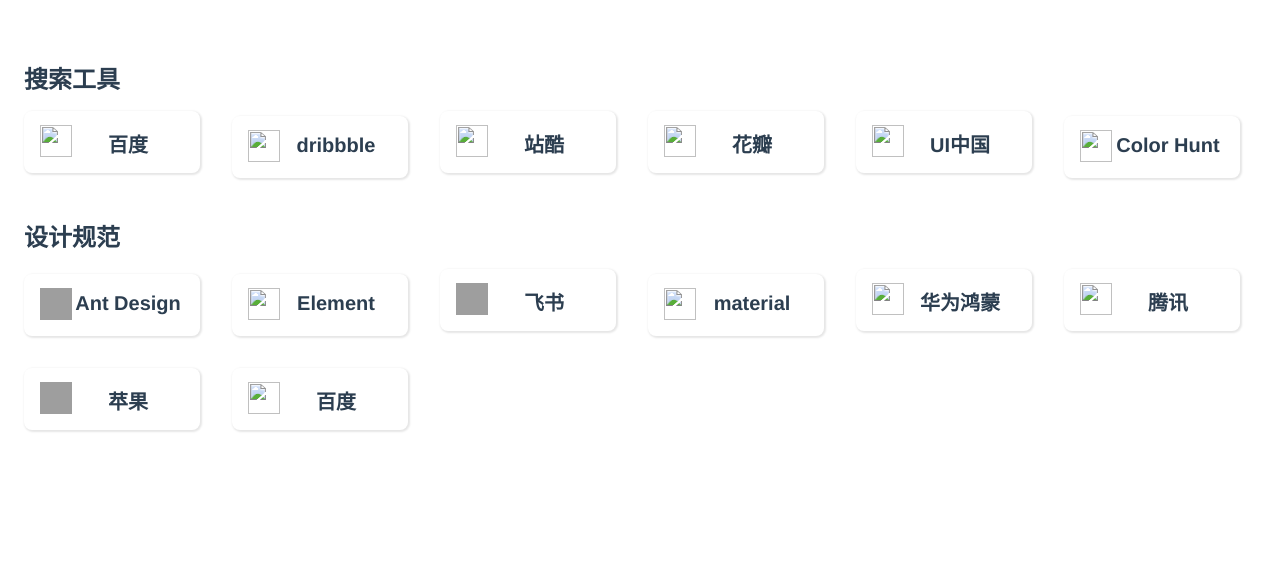
Repository: LiuZixu-aurelio/collection
Page: /
These files come from the project's save history. The page is drawn as it stood at one moment and after the next save; the edit follows.
The browser window is 1280 px wide. The page is 1288 px wide, so the pictures cover 1288 px, including what lies to the right of the window. The pictures show the whole page.
Pictures or frames that could not be fetched are drawn as grey boxes. The project was rebuilt for these pictures with package versions that can differ from the ones it lists, and the page was loaded fresh each time.

Above is the page before, as saved 2022-06-22 15:44:22.

### src/App.vue
<template>

  <HelloWorld />
</template>

<script>
import HelloWorld from './components/HelloWorld.vue'

export default {
  name: 'App',
  components: {
    HelloWorld
  }
}
</script>

<style>
#app {
  font-family: Avenir, Helvetica, Arial, sans-serif;
  -webkit-font-smoothing: antialiased;
  -moz-osx-font-smoothing: grayscale;
  color: #2c3e50;
  margin-top: 60px;
}
</style>

### src/components/HelloWorld.vue
<template>
  <div>
    <div>
      <h2>搜索工具</h2>
      <Card class='card' msg="百度" web="https://www.baidu.com" logo="https://www.baidu.com/favicon.ico"/>
      <Card class='card' msg="dribbble" web="https://dribbble.com/" logo="https://cdn.dribbble.com/assets/favicon-b38525134603b9513174ec887944bde1a869eb6cd414f4d640ee48ab2a15a26b.ico"/>
      <Card class='card' msg="站酷" web="https://www.zcool.com.cn/" logo="https://static.zcool.cn/git_z/z/site/favicon.ico?version=1618914637608"/>
      <Card class='card' msg="花瓣" web="https://huaban.com/" logo="https://huaban.com/favicon.ico"/>
      <Card class='card' msg="UI中国" web="https://www.ui.cn/" logo="https://www.ui.cn/favicon.ico"/>
      <Card class='card' msg="Color Hunt" web="https://colorhunt.co/" logo="https://colorhunt.co/img/colorhunt-favicon.svg?2"/>

      <h2>设计规范</h2>
      <Card class='card' msg="Ant Design" web="https://ant.design/" logo="https://gw.alipayobjects.com/zos/rmsportal/rlpTLlbMzTNYuZGGCVYM.png"/>
      <Card class='card' msg="Element" web="https://element-plus.gitee.io/zh-CN/#/zh-CN" logo="https://element-plus.gitee.io/apple-touch-icon.png"/>
      <Card class='card' msg="飞书" web="https://open.feishu.cn/document/uYjL24iN/ukjNzUjL5YzM14SO2MTN" logo="https://s3-imfile.feishucdn.com/static-resource/v1/1941d42c-fccc-44bb-bfcc-854d71b7ed3g"/>
      <Card class='card' msg="material" web="https://www.material.io/" logo="https://www.material.io/favicon.ico"/>
      <Card class='card' msg="华为鸿蒙" web="https://developer.harmonyos.com/cn/design" logo="https://developer.harmonyos.com/assets/image/favicon.ico?v=202206062122"/>
      <Card class='card' msg="腾讯" web="https://tdesign.tencent.com/" logo="https://static.tdesign.tencent.com/favicon.ico"/>
      <Card class='card' msg="苹果" web="https://developer.apple.com/cn/design/" logo="https://developer.apple.com/apple-logo.svg"/>
      <Card class='card' msg="百度" web="https://www.baidu.com" logo="https://www.baidu.com/favicon.ico"/>
    </div>
  </div>
</template>

<script>

import Card from './Card.vue'
export default {
  components: { Card },
  name: 'HelloWorld',
  props: {
    msg: String
  }
}
</script>

<!-- Add "scoped" attribute to limit CSS to this component only -->
<style scoped>
.card {
  display:inline-block;
  margin: 16px;
}
h2 {
  left: 16px;
  position: relative;
  margin: 24px 0px 0px 0px;
}

</style>

### src/components/Card.vue
<template>
  <div @click="openweb" class="cardin">
    <img :src="logo" alt="">
    <div class="text1"><span>{{msg}}</span></div>
  </div>
</template>

<script>

export default {
  name: 'Card',
  data: function(){
    return {

      }
  },
  props: {
    msg: String,
    web: String,
    logo: String
  },
  methods:{
    openweb:function(){
      window.open(this.web)
    }
  }
}
</script>

<!-- Add "scoped" attribute to limit CSS to this component only -->
<style scoped>
.cardin {
  width: 160px;
  height: 46px;
  padding: 8px;
  border-radius: 8px;
  box-shadow: 1px 1px 2px 1px rgba(0, 0, 0, .1)
}
img {
  width: 32px;
  height: 32px;
  position: relative;
  top: 6px;
  margin-left: 8px;
}
span {
  position: relative;
  top: -26px;
  margin-left: 16px;
  font-size: 20px;
  font-weight: 800;
}
.text1 {
  justify-content: center;
  display:flex;
  position: relative;
  right: -8px;
}
</style>

Loaded but not shown: public/index.html (common file); src/main.js (common file)

After the next save:
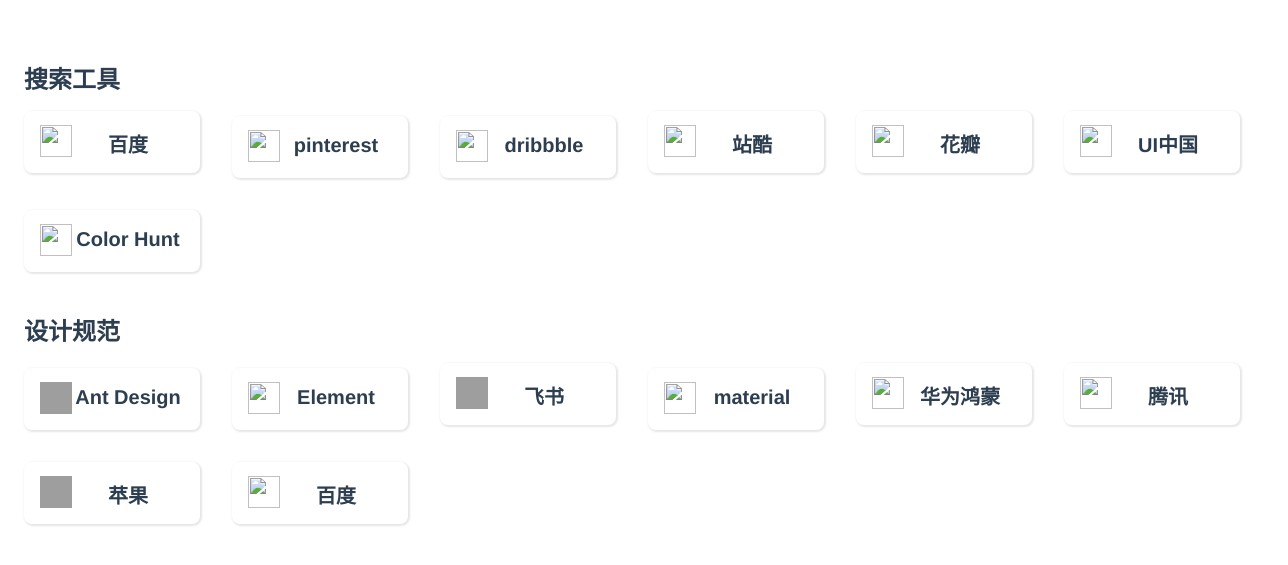
Saved 3 min 48 s later.
--- a/src/components/HelloWorld.vue
+++ b/src/components/HelloWorld.vue
@@ -3,7 +3,8 @@
     <div>
       <h2>搜索工具</h2>
       <Card class='card' msg="百度" web="https://www.baidu.com" logo="https://www.baidu.com/favicon.ico"/>
-      <Card class='card' msg="dribbble" web="https://dribbble.com/" logo="https://cdn.dribbble.com/assets/favicon-b38525134603b9513174ec887944bde1a869eb6cd414f4d640ee48ab2a15a26b.ico"/>
+      <Card class='card' msg="pinterest" web="https://dribbble.com/" logo="https://s.pinimg.com/images/favicon_red_192.png"/>
+      <Card class='card' msg="dribbble" web="https://it.pinterest.com/" logo="https://cdn.dribbble.com/assets/favicon-b38525134603b9513174ec887944bde1a869eb6cd414f4d640ee48ab2a15a26b.ico"/>
       <Card class='card' msg="站酷" web="https://www.zcool.com.cn/" logo="https://static.zcool.cn/git_z/z/site/favicon.ico?version=1618914637608"/>
       <Card class='card' msg="花瓣" web="https://huaban.com/" logo="https://huaban.com/favicon.ico"/>
       <Card class='card' msg="UI中国" web="https://www.ui.cn/" logo="https://www.ui.cn/favicon.ico"/>
